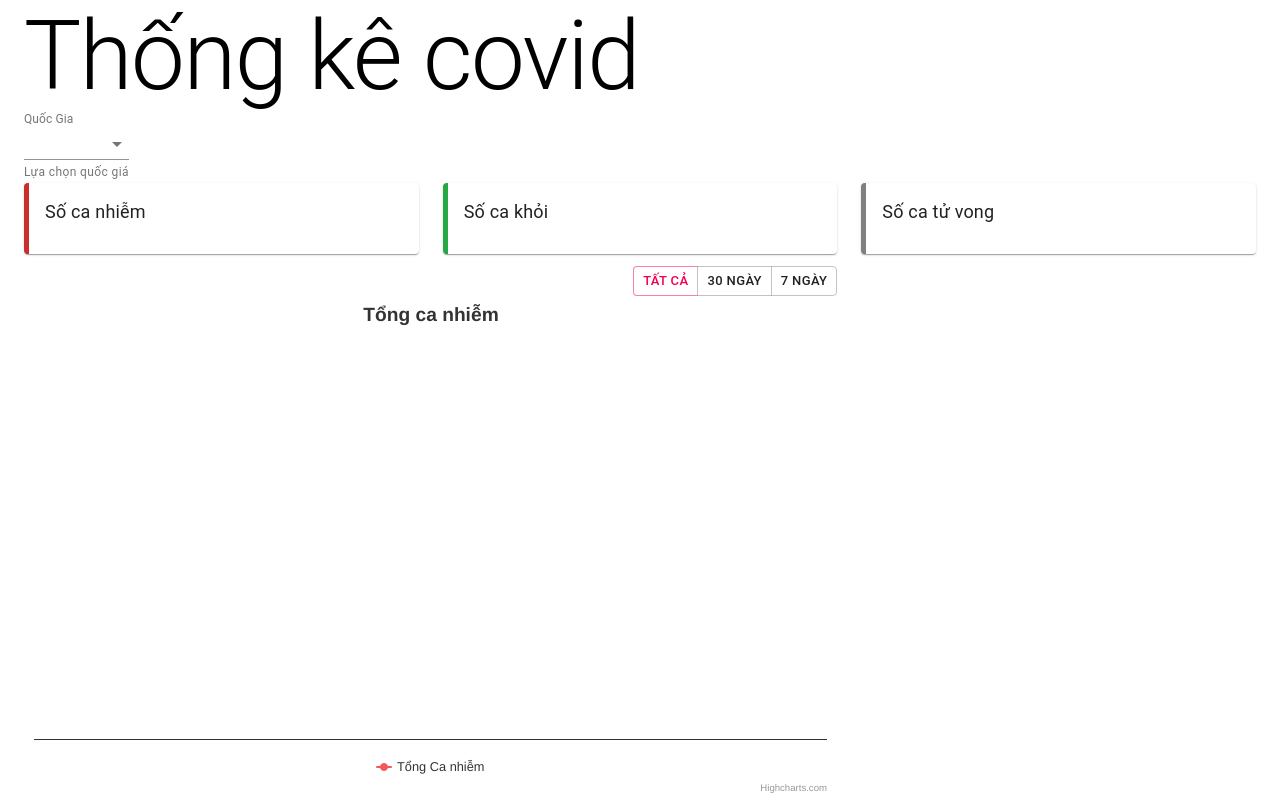
Repository: nguy3nds/covid-app
Page: /
An editor plug-in stored every save of this project. The page is shown before and after the next save, followed by the edit.
The browser window is 1280 px wide. The pictures show the whole page.
The page's requests for data from a server got no answer. The project was rebuilt for these pictures with package versions that can differ from the ones it lists, and the page was loaded fresh each time. No one was signed in, and anything a server would have sent is missing. Also part of the build but not shown: src/components/Charts/HighMaps/index.js.

Above is the page before, as saved 2021-10-08 05:05:29.

After the next save:
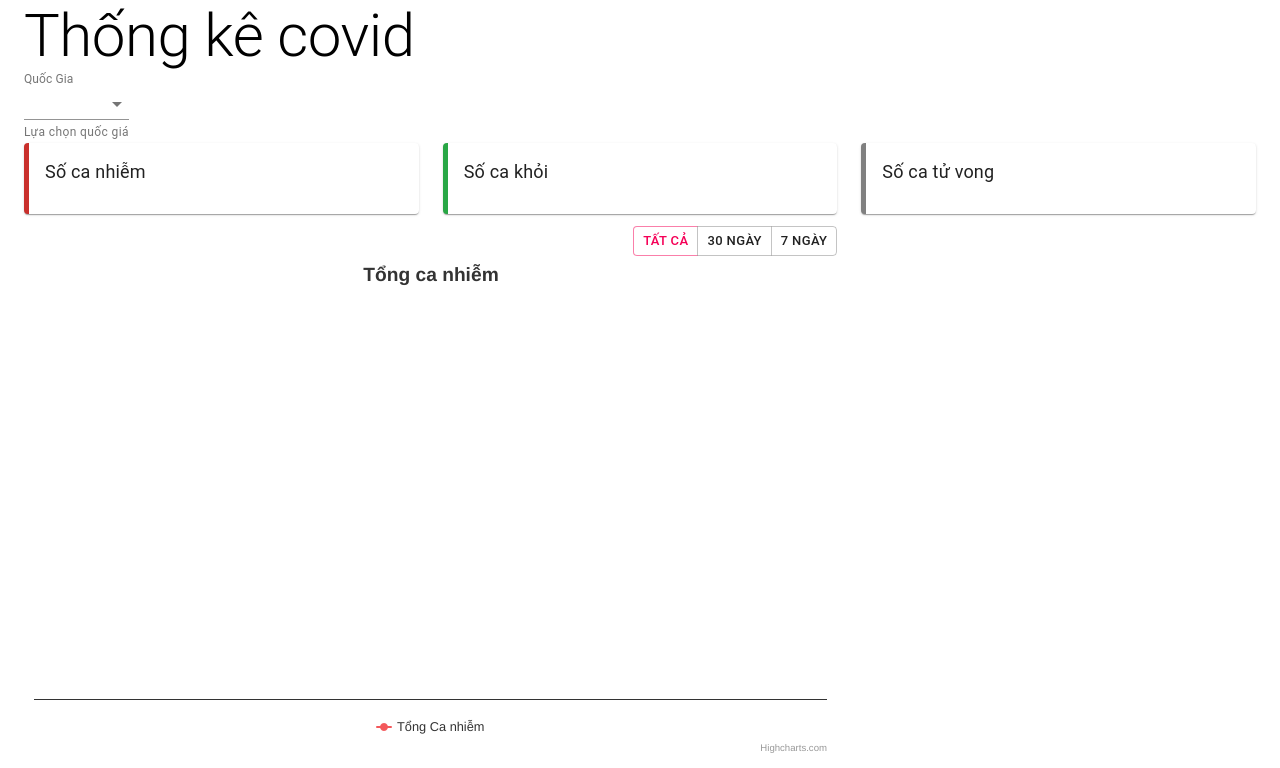
Saved 7 s later.
--- a/src/App.js
+++ b/src/App.js
@@ -37,7 +37,7 @@ function App() {
 
   return (
     <Container>
-      <Typography component="h1" variant="h1">
+      <Typography component="h1" variant="h2">
         Thống kê covid
       </Typography>
       <CountrySelector
